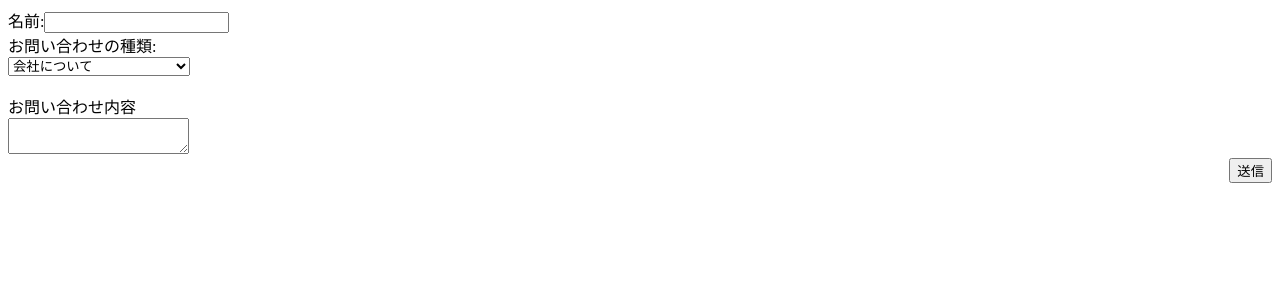
Repository: REDsky96/test
Page: http://localhost/PracticeWebpro/inquiry.jsp
The author's editor kept a copy of each file at every save. The page is drawn from the files as they stood at one save, then again after the next save.
The browser window is 1280 px wide. The pictures show the whole page.
The page is served by Tomcat 9.

Above is the page before, as saved 2018-11-12 04:21:16.

After the next save:
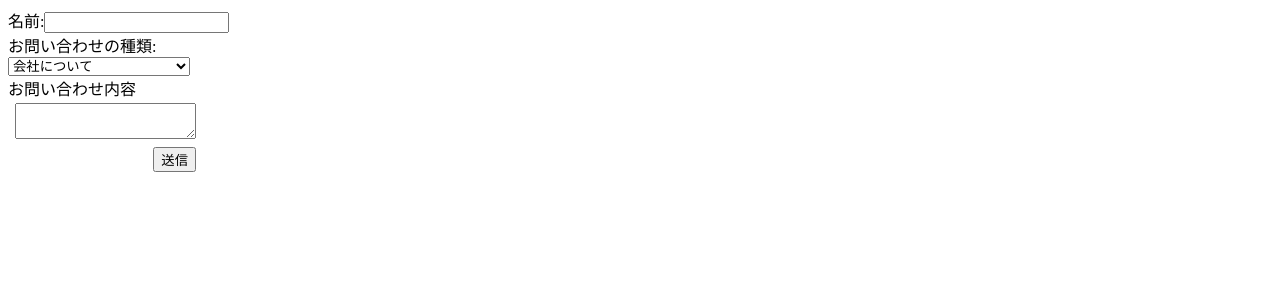
Saved 27 s later.
--- a/PracticeWebpro/WebContent/inquiry.jsp
+++ b/PracticeWebpro/WebContent/inquiry.jsp
@@ -16,12 +16,12 @@
       <option value = "product">製品について</option>
       <option value = "support">アフターサポートについて</option>
     </select>
-  </s:form>
   <br>
   お問い合わせ内容
   <br>
   <s:textarea name = "body"/>
   <s:submit value = "送信"/>
+  </s:form>
 
 </body>
 </html>
